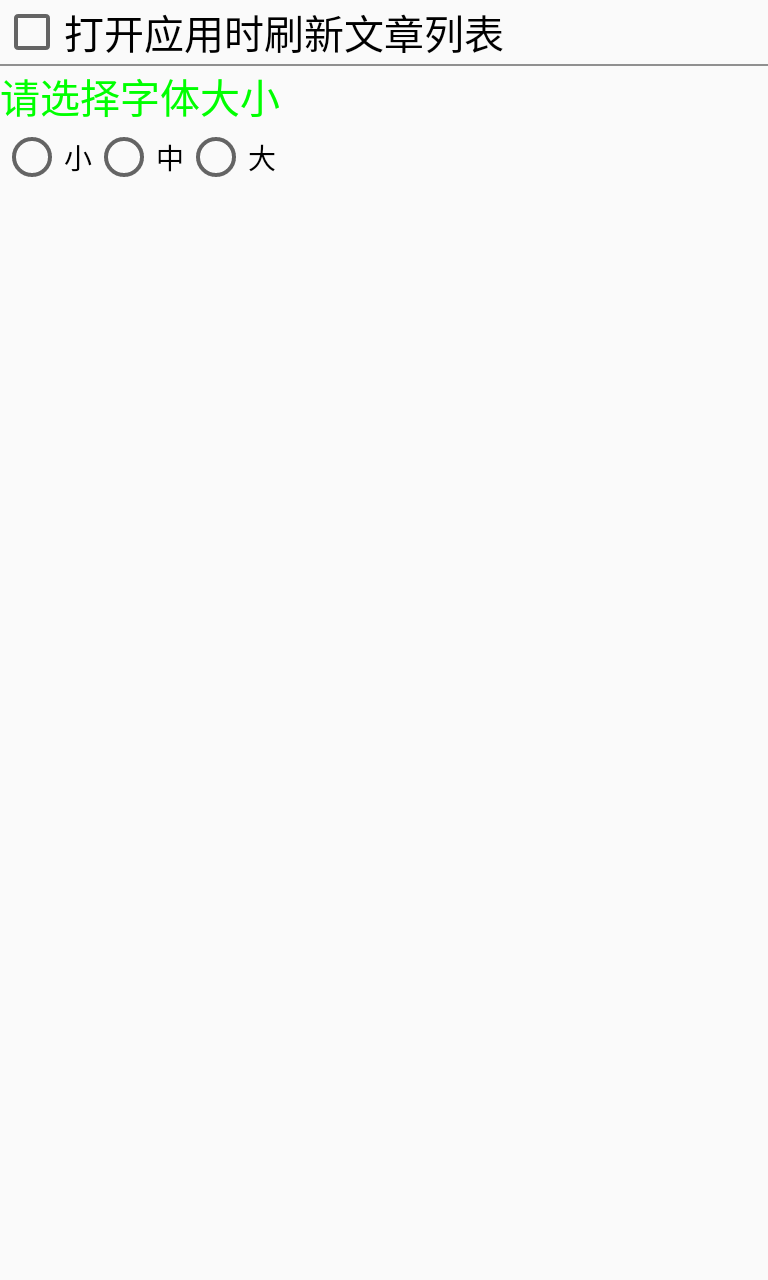
Repository: xdrush/MyRssReader
Layout: MyRssReader/res/layout/setting_show.xml
These files come from the project's save history. The layout is drawn as it stood at one moment and after the next save; the edit follows.
It is drawn on a 768 x 1280 px phone screen (xhdpi) without system bars, with theme AppTheme; the app's code is not run.

Above is the layout before, as saved 2015-07-29 04:21:16.

### MyRssReader/res/layout/setting_show.xml
<?xml version="1.0" encoding="utf-8"?>
<LinearLayout xmlns:android="http://schemas.android.com/apk/res/android"
    android:layout_width="wrap_content"
    android:layout_height="wrap_content"
    android:orientation="vertical" >

    <RelativeLayout
        android:layout_width="fill_parent"
        android:layout_height="wrap_content"
        android:gravity="left" >

        <CheckBox
    		android:id="@+id/checkbox1"
    		android:layout_height="wrap_content"
    		android:layout_width="wrap_content"
    		android:text="打开应用时刷新文章列表"
    		android:textSize="9pt" />
    </RelativeLayout>

    <View
        android:layout_width="fill_parent"
        android:layout_height="1dip"
        android:background="#FF909090" />

    <LinearLayout
    	android:orientation="vertical"
        android:layout_width="fill_parent"
        android:layout_height="wrap_content"
        android:gravity="left" >

        <TextView
      		android:layout_width="fill_parent"
      		android:layout_height="wrap_content"
     		android:text="请选择字体大小"
     		android:textSize="9pt"
     		android:textColor="#00FF00" />

		<RadioGroup
			android:id="@+id/text_size"
			android:layout_height="wrap_content"
			android:layout_width="fill_parent"
			android:orientation="horizontal" >

			<RadioButton
                android:id="@+id/text_small"
                android:layout_height="wrap_content"
                android:layout_width="wrap_content"
                android:text="小" ></RadioButton>
            <RadioButton
                android:id="@+id/text_medium"
                android:layout_height="wrap_content"
                android:layout_width="wrap_content"
                android:text="中" ></RadioButton>
            <RadioButton
                android:id="@+id/text_big"
                android:layout_height="wrap_content"
                android:layout_width="wrap_content"
                android:text="大" ></RadioButton>
		</RadioGroup>
    </LinearLayout>

</LinearLayout>

Loaded but not shown: MyRssReader/res/values/styles.xml (common file); MyRssReader/res/values-v11/styles.xml (common file); MyRssReader/res/values-v14/styles.xml (common file)

After the next save:
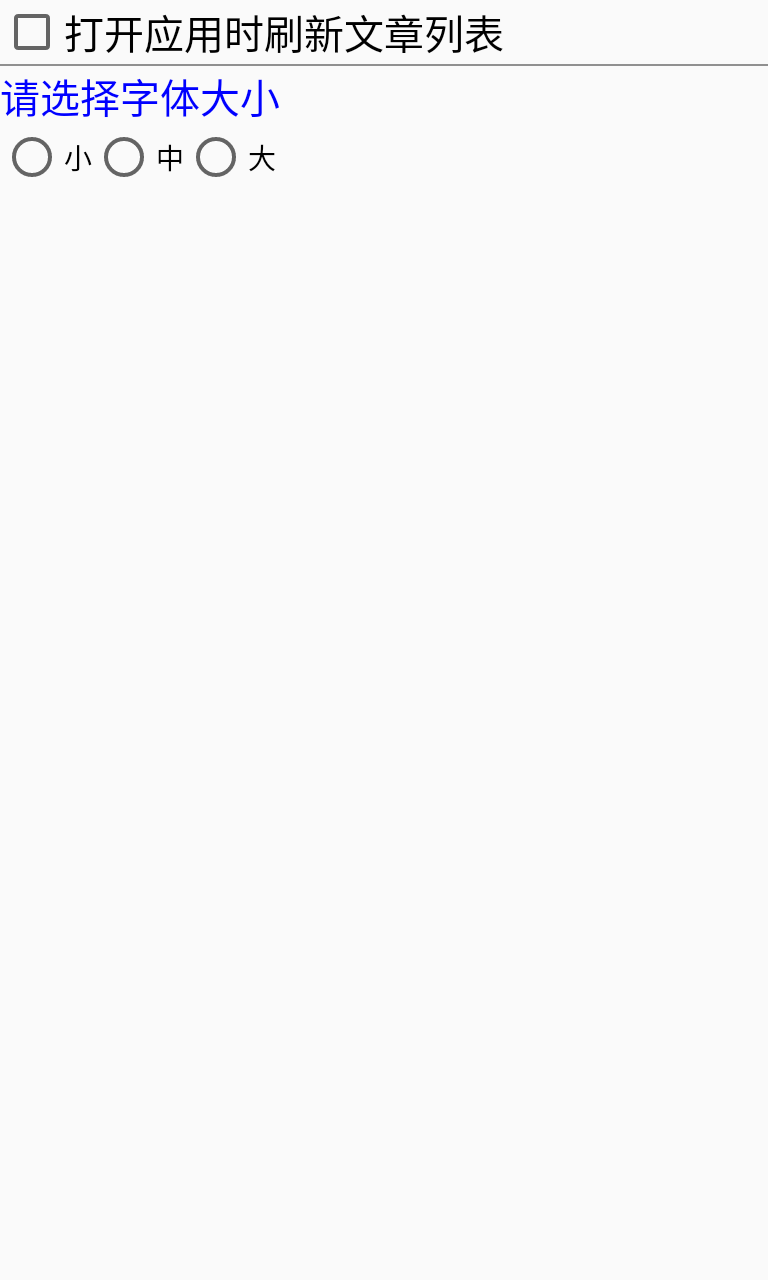
Saved 19 s later.
--- a/MyRssReader/res/layout/setting_show.xml
+++ b/MyRssReader/res/layout/setting_show.xml
@@ -33,7 +33,7 @@
       		android:layout_height="wrap_content"
      		android:text="请选择字体大小"
      		android:textSize="9pt"
-     		android:textColor="#00FF00" />
+     		android:textColor="#0000FF" />
 
 		<RadioGroup
 			android:id="@+id/text_size"
